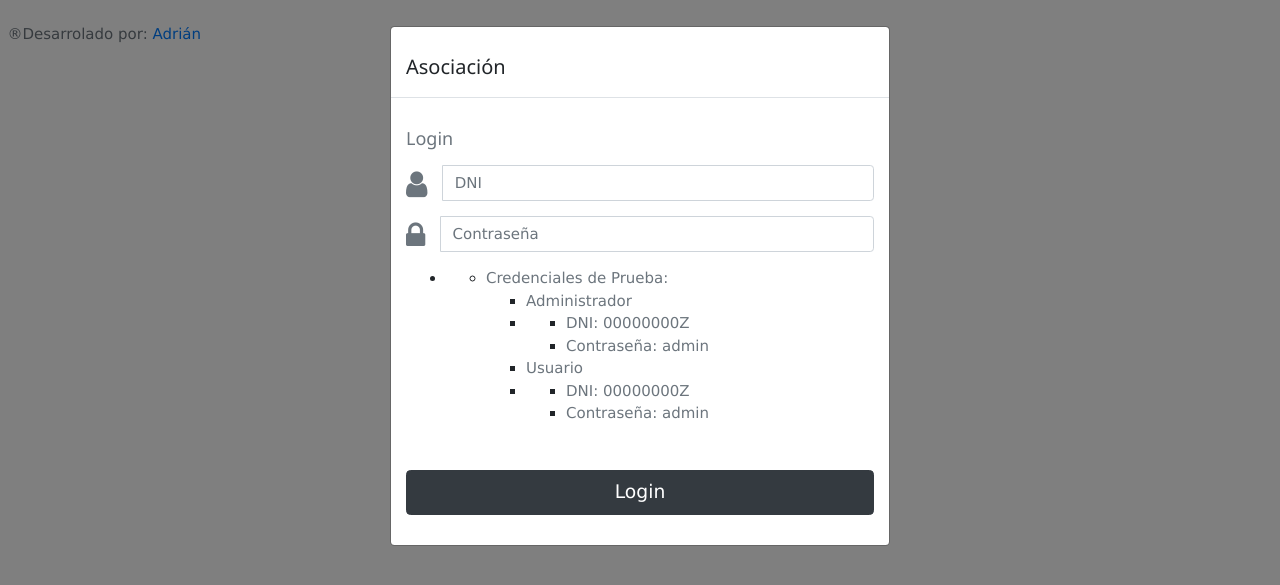
Repository: adrianllorian/adrianllorian-gestion-asociacion-backend
Page: WebStorage/index.html
An editor plug-in stored every save of this project. The page is shown before and after the next save, followed by the edit.
The browser window is 1280 px wide. The pictures show the whole page.
Some web libraries are served in a nearby version.

Above is the page before, as saved 2022-01-14 21:13:12.

After the next save:
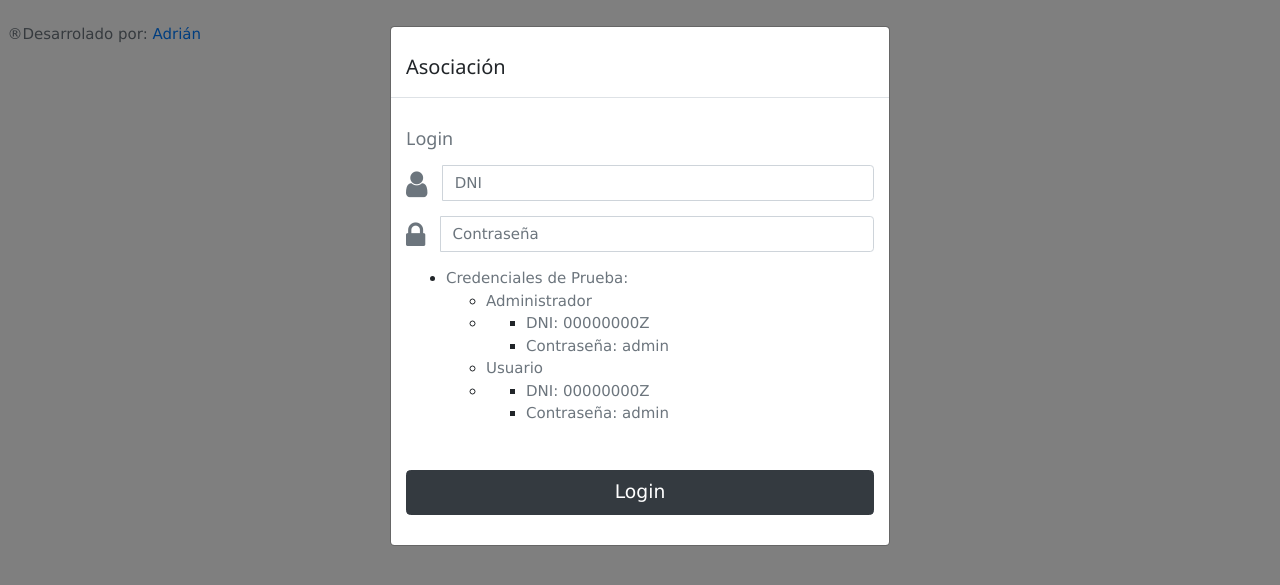
Saved 25 s later.
--- a/WebStorage/index.html
+++ b/WebStorage/index.html
@@ -264,9 +264,7 @@
 
                         </div>
                         <div class="form-group">
-                            <ul>
-
-                                <li>
+
                                     <ul>
                                         <li><span class="text-muted">Credenciales de Prueba:</span></li>
                                         <ul>
@@ -290,7 +288,7 @@
                                 </li>
                             </ul>
 
-                            </ul>
+
                         </div>
                         <div class="form-group">
                             <button id="botonLogin" type="button"
